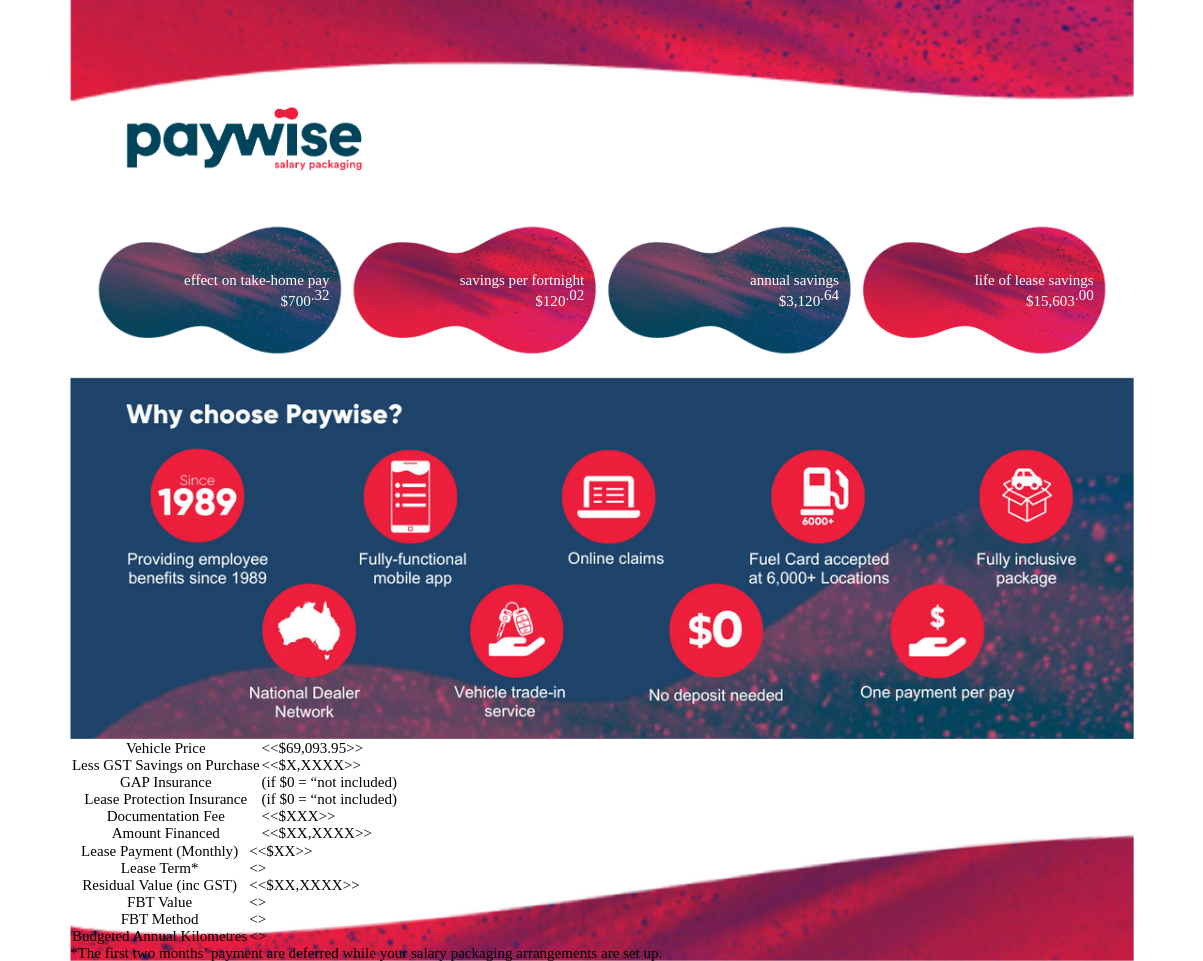
Repository: hoangtubest/novated-phong
Page: 1.html
The author's editor kept a copy of each file at every save. The page is drawn from the files as they stood at one save, then again after the next save.
The browser window is 1280 px wide. The pictures show the whole page, at 94% of full size.
The style sheet was rebuilt from its Sass, Less or Tailwind sources for each picture, by a compiler version that may differ from the author's.

Above is the page before, as saved 2023-10-18 13:12:00.

### 1.html
<!DOCTYPE html>
<html lang="en">

<head>
  <meta charset="UTF-8">
  <meta name="viewport" content="width=device-width, initial-scale=1.0">
  <title>1</title>
  <link rel="stylesheet" href="./css/styles.css">
</head>

<body>
  <div class="wrapper">
    <div class="wrapper-inner wrapper-inner--v1">
      <div class="header">
        <div class="header-logo"><img src="./images/logo.png" alt="paywise salary packaging"></div>
      </div>
      <div class="pw-1-feature">
        <div class="pw-1-feature__row">
          <div class="pw-1-feature__col">
            <div class="pw-1-feature__content">
              <h3>effect on take-home pay</h3>
              <p>$700<sup>.32</sup></p>
            </div>
          </div>
          <div class="pw-1-feature__col">
            <div class="pw-1-feature__content">
              <h3>savings per fortnight</h3>
              <p>$120<sup>.02</sup></p>
            </div>
          </div>
          <div class="pw-1-feature__col">
            <div class="pw-1-feature__content">
              <h3>annual savings</h3>
              <p>$3,120<sup>.64</sup></p>
            </div>
          </div>
          <div class="pw-1-feature__col">
            <div class="pw-1-feature__content">
              <h3>life of lease savings</h3>
              <p>$15,603<sup>.00</sup></p>
            </div>
          </div>
        </div>
      </div>
      <div class="pw-1-choose">
        <img src="./images/choose_img.jpg" alt="">
      </div>
      <div class="pw-1-info">
        <h2 class="pw-1-info__title"></h2>
        <div class="pw-1-info__content">
          <div class="pw-1-info__row">
            <div class="pw-1-info__col">
              <table>
                <tbody>
                  <tr>
                    <th>Vehicle Price</th>
                    <td>
                      <<$69,093.95>>
                    </td>
                  </tr>
                  <tr>
                    <th>Less GST Savings on Purchase</th>
                    <td>
                      <<$X,XXXX>>
                    </td>
                  </tr>
                  <tr>
                    <th>GAP Insurance</th>
                    <td>(if $0 = “not included)</td>
                  </tr>
                  <tr>
                    <th>Lease Protection Insurance</th>
                    <td>(if $0 = “not included)</td>
                  </tr>
                  <tr>
                    <th>Documentation Fee</th>
                    <td>
                      <<$XXX>>
                    </td>
                  </tr>
                  <tr>
                    <th>Amount Financed</th>
                    <td>
                      <<$XX,XXXX>>
                    </td>
                  </tr>
                </tbody>
              </table>
            </div>
            <div class="pw-1-info__col">
              <table>
                <tbody>
                  <tr>
                    <th>Lease Payment (Monthly)</th>
                    <td>
                      <<$XX>>
                    </td>
                  </tr>
                  <tr>
                    <th>Lease Term*</th>
                    <td>
                      <<XX months>>
                    </td>
                  </tr>
                  <tr>
                    <th>Residual Value (inc GST)</th>
                    <td>
                      <<$XX,XXXX>>
                    </td>
                  </tr>
                  <tr>
                    <th>FBT Value</th>
                    <td>
                      <<XX,XXX>>
                    </td>
                  </tr>
                  <tr>
                    <th>FBT Method</th>
                    <td>
                      <<Method>>
                    </td>
                  </tr>
                  <tr>
                    <th>Budgeted Annual Kilometres</th>
                    <td>
                      <<XXXXXX>>
                    </td>
                  </tr>
                </tbody>
              </table>
            </div>
          </div>
          <p class="pw-1-info__note">*The first two months’ payment are deferred while your salary packaging arrangements are set up.</p>
        </div>
      </div>
    </div>
  </div>
</body>

</html>

### css/styles.scss
*,
*:before,
*:after {
  box-sizing: border-box;
}

* {
  margin: 0;
  padding: 0;
  font: inherit;
}

img,
picture,
svg,
video {
  display: block;
  max-width: 100%;
}

input,
select,
textarea {
  background-color: transparent;
  outline: none;
}

button {
  cursor: pointer;
  background-color: transparent;
  outline: none;
  border: 0;
}

body {
  min-height: 100vh;
  font-weight: 400;
  font-size: 16px;
  line-height: 1;
}

img {
  vertical-align: bottom;
  max-width: 100%;
  height: auto;
}

.wrapper-inner {
  max-width: 1131px;
  margin: 0 auto;
  position: relative;
  min-height: 100vh;

  &::before,
  &::after {
    position: absolute;
    left: 0;
    width: 100%;
    content: "";
    z-index: -1;
    background-size: cover;
  }

  &::before {
    top: 0;
    height: 192px;
    background-position: bottom center;
  }

  &::after {
    bottom: 0;
    height: 136px;
    background-position: top center;
  }

  &--v1 {
    &::before {
      background-image: url("../images/pattern_01_v1.png");
    }

    &::after {
      background-image: url("../images/pattern_02_v1.png");
    }
  }

  &--v2 {
    &::before {
      background-image: url("../images/pattern_01_v2.png");
    }

    &::after {
      background-image: url("../images/pattern_02_v2.png");
    }

    .header {
      display: flex;
      justify-content: flex-end;
    }
  }
}

.header {
  padding: 114px 60px 0;
}

.header-logo {
  width: 250px;
}

.pw-1-feature {
  padding: 60px 30px 25px;

  &__row {
    display: flex;
    gap: 13px;
  }

  &__col {
    width: 25%;
    height: 135px;
    background: url("../images/red-blob.png") no-repeat center center / 100% 100%;
    display: flex;
    align-items: center;

    &:nth-child(2n+1) {
      background-image: url("../images/inverse-blob.png");
    }
  }

  &__content {
    width: 100%;
    color: #fff;
    text-align: right;
    padding-right: 12px;
    ;
  }
}

After the next save:
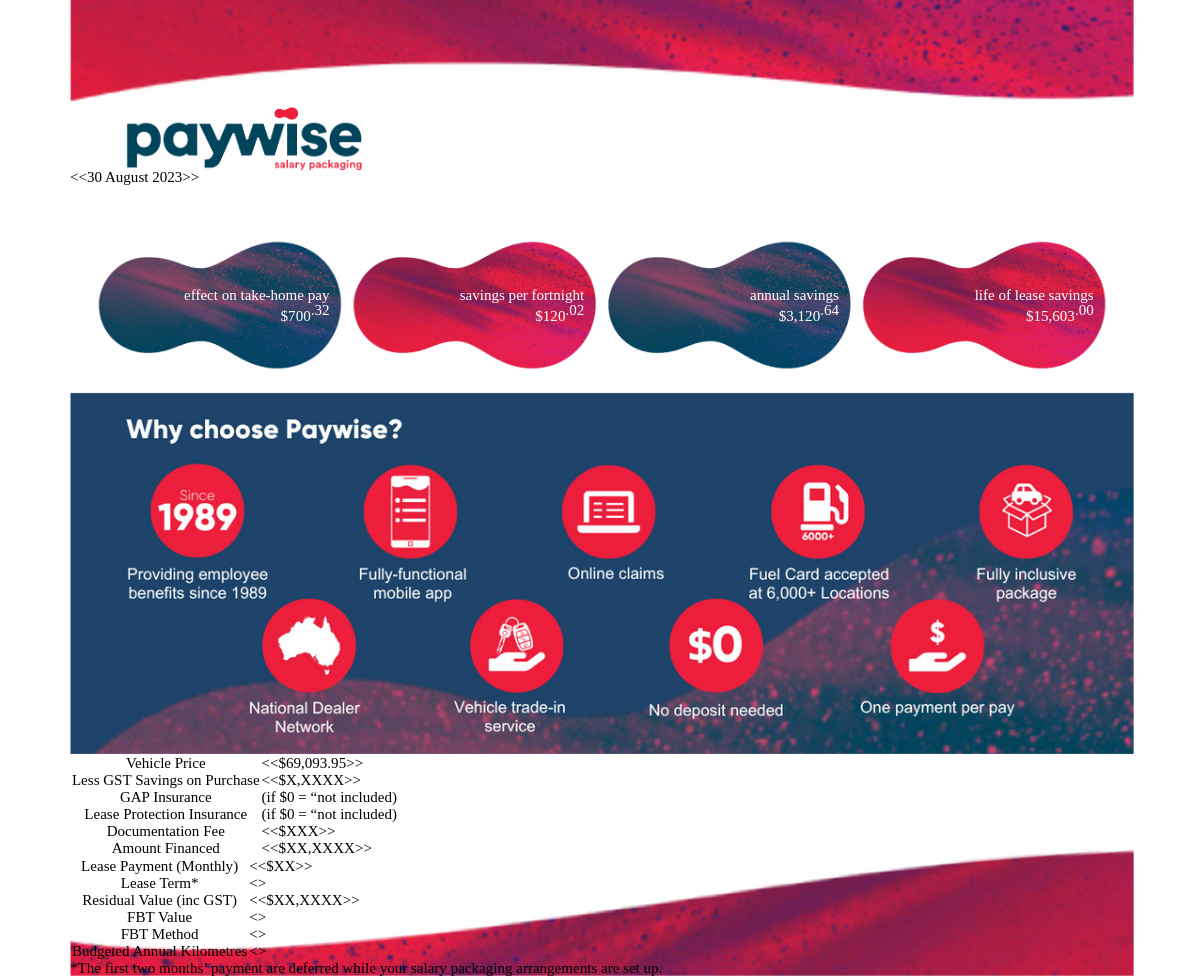
Saved 2 min 13 s later.
--- a/1.html
+++ b/1.html
@@ -13,6 +13,11 @@
     <div class="wrapper-inner wrapper-inner--v1">
       <div class="header">
         <div class="header-logo"><img src="./images/logo.png" alt="paywise salary packaging"></div>
+      </div>
+      <div class="pw-1-estimate">
+        <p class="pw-1-estimate__time">
+          <<30 August 2023>>
+        </p>
       </div>
       <div class="pw-1-feature">
         <div class="pw-1-feature__row">
